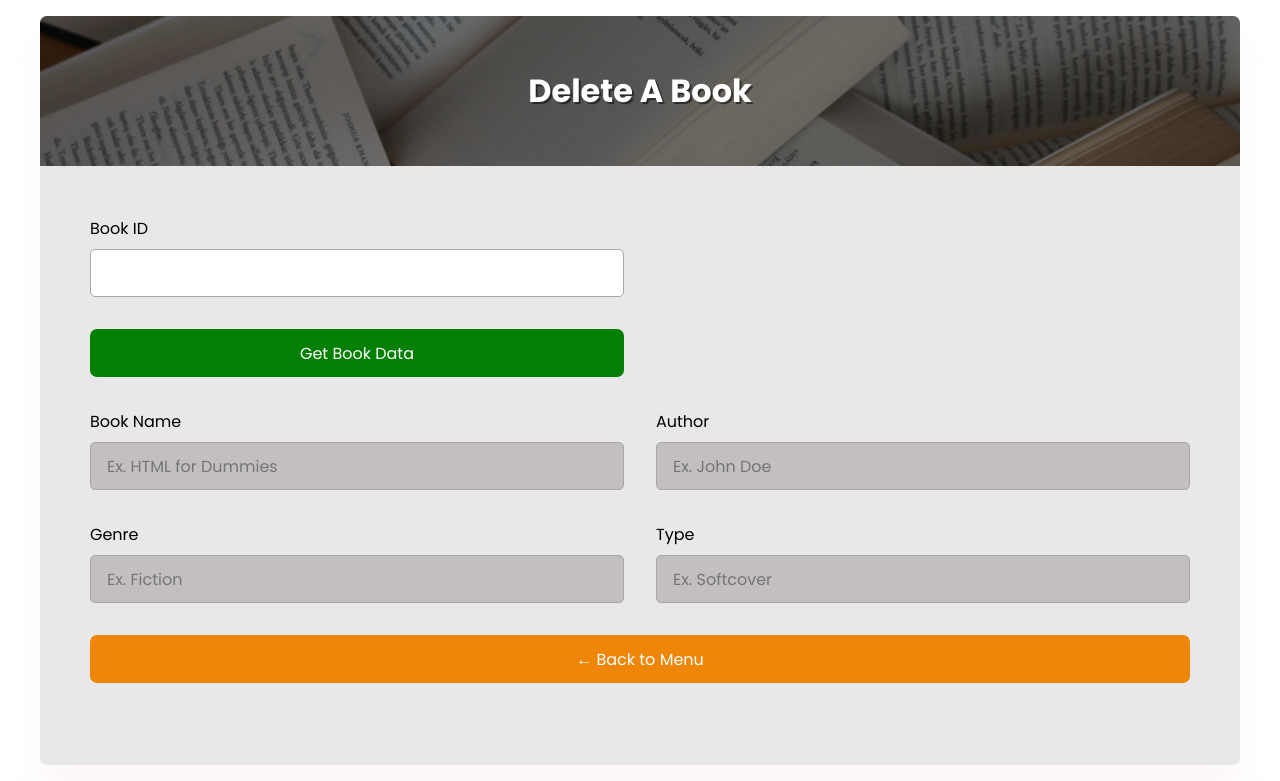
Repository: kcvijay/node_advanced_books
Page: booksSPA/public/pages/deleteBook.html
An editor plug-in stored every save of this project. The page is shown before and after the next save, followed by the edit.
The browser window is 1280 px wide. The pictures show the whole page.

Above is the page before, as saved 2023-03-08 18:38:53.

### booksSPA/public/pages/deleteBook.html
<!DOCTYPE html>
<html lang="en">
  <head>
    <meta charset="UTF-8" />
    <meta http-equiv="X-UA-Compatible" content="IE=edge" />
    <meta name="viewport" content="width=device-width, initial-scale=1.0" />
    <title>Delete A Book</title>
    <link rel="stylesheet" href="../styles/styles.css" />
  </head>
  <body>
    <div class="main-wrapper">
      <div class="heading">
        <h1>Delete A Book</h1>
      </div>
      <div class="data-field">
        <form>
          <div>
            <label for="id">Book ID</label>
            <input type="text" id="id" name="id" />
          </div>
          <div></div>
          <button type="submit" id="getData" class="primary-btn">
            Get Book Data
          </button>
        </form>
        <form style="margin-top: 32px">
          <div>
            <label for="name">Book Name</label>
            <input
              type="text"
              id="name"
              name="name"
              placeholder="Ex. HTML for Dummies"
              autocomplete="off"
              disabled
            />
          </div>
          <div>
            <label for="author">Author</label>
            <input
              type="text"
              id="author"
              name="author"
              placeholder="Ex. John Doe"
              autocomplete="off"
              disabled
            />
          </div>
          <div>
            <label for="genre">Genre</label>
            <input
              type="text"
              id="genre"
              name="genre"
              placeholder="Ex. Fiction"
              autocomplete="off"
              disabled
            />
          </div>
          <div>
            <label for="type">Type</label>
            <input
              type="text"
              id="type"
              name="type"
              placeholder="Ex. Softcover"
              autocomplete="off"
              disabled
            />
          </div>
        </form>
        <div id="messagearea"></div>
        <div>
          <a href="/" class="secondary-btn">&larr;&nbsp;Back to Menu</a>
        </div>
      </div>
    </div>
    <script src="/js/deleteBookHandler.js"></script>
  </body>
</html>

### booksSPA/public/styles/styles.css
@import url("https://fonts.googleapis.com/css2?family=Poppins:wght@400;700&display=swap");

* {
  margin: 0;
  padding: 0;
  box-sizing: border-box;
}

body {
  max-width: 100vw;
  min-height: 100vh;
  font-family: "Poppins", sans-serif;
}

.main-wrapper {
  max-width: 1200px;
  background: #e8e8e8;
  margin: 16px auto;
  border-radius: 7px;
  box-shadow: 0 30px 30px rgba(241, 182, 182, 0.1);
  overflow: hidden;
  transition: all 0.3s ease;
}

.heading {
  background: linear-gradient(rgba(0, 0, 0, 0.4), rgba(0, 0, 0, 0.4)),
    url("../assets/books.jpeg");
  background-position: center;
  background-size: cover;
  background-repeat: no-repeat;
  height: 150px;
  display: flex;
  justify-content: center;
  align-items: center;
}

h1 {
  position: relative;
  color: #fff;
  text-shadow: 2px 2px rgba(0, 0, 0, 0.5);
}

.data-field {
  padding: 50px;
}

input,
textarea,
button {
  font-family: inherit;
  font-size: 16px;
}

input:disabled {
  background-color: #c3bfbf;
  cursor: no-drop;
}
input:disabled:focus {
  outline: none;
}

form {
  display: grid;
  grid-template-columns: 1fr 1fr;
  gap: 32px;
  justify-items: start;
  transition: all 0.3s ease-in-out;
}

form div {
  width: 100%;
}

form label {
  display: inline-block;
  width: 100px;
  margin-bottom: 8px;
}

form input {
  height: 48px;
  width: 100%;
  padding: 0 16px;
  border: 1px solid #a7a7a7;
  border-radius: 5px;
  transition: all 0.3s ease;
}

form input:focus {
  outline: 3px solid #ee870978;
  border: none;
}

.button-set {
  display: grid;
  grid-template-columns: 1fr 1fr;
  gap: 32px;
}

.button-set div .primary-btn {
  display: block;
  width: 100%;
  text-decoration: none;
  display: flex;
  justify-content: center;
  align-items: center;
}

button:hover,
button:active {
  filter: brightness(0.9);
}

.button-set {
  margin-top: 32px;
}

.primary-btn {
  display: flex;
  justify-content: center;
  align-items: center;
  width: 100%;
  height: 48px;
  background-color: #038003;
  text-decoration: none;
  padding: 8px 60px;
  color: #fff;
  border: none;
  border-radius: 7px;
  cursor: pointer;
  transition: all 0.3s ease;
}

.secondary-btn {
  display: flex;
  justify-content: center;
  align-items: center;
  height: 48px;
  margin: 32px 0;
  background-color: #ee8709;
  text-decoration: none;
  padding: 8px 60px;
  color: #fff;
  border: none;
  border-radius: 7px;
  cursor: pointer;
  transition: all 0.3s ease;
}

#messagearea {
  position: absolute;
  left: 0;
  top: 0;
  width: 100vw;
  height: 100vh;
  background-color: rgba(0, 0, 0, 0.7);
  display: none;
  justify-content: center;
  align-items: center;
  z-index: 999;
}

#messagearea p {
  background-color: #fff;
  padding: 32px;
}

/**** TABLE ****/

.table-field {
  overflow-x: auto;
}

table {
  margin: 0 auto;
  max-width: fit-content;
}
thead {
  background: #038003;
  color: #fff;
}
th,
td {
  width: 250px;
  height: 48px;
  padding: 16px;
}

tr:nth-child(odd) {
  background: #ee870945;
}

tr:nth-child(even) {
  background: #ee87095e;
}

tr:last-child td:first-child {
  border-radius: 0 0 0 7px;
}

tr:last-child td:last-child {
  border-radius: 0 0 7px 0;
}

th:not(:first-child) {
  text-align: left;
}

th:first-child {
  border-radius: 7px 0 0 0;
}

th:last-child {
  text-align: center;
  border-radius: 0 7px 0 0;
}

td {
  padding-left: 16px;
}

td:first-child,
td:last-child {
  text-align: center;
}

@media screen and (max-width: 700px) {
  .main-wrapper {
    margin: 0 16px;
  }
  form {
    grid-template-columns: 1fr;
  }

  .data-field {
    padding: 18px;
  }

  .table-field {
    overflow-x: auto;
  }

  table {
    font-size: 14px;
  }

  .button-set {
    grid-template-columns: 1fr;
  }

  .button-set div a {
    display: block;
    width: 100%;
  }
}

### booksSPA/public/js/deleteBookHandler.js
"use strict";

(function () {
  let inputField;
  let titleField;
  let authorField;
  let genreField;
  let typeField;
  let getDataField;
  let messageField;
  let submit;

  document.addEventListener("DOMContentLoaded", init);

  function init() {
    inputField = document.querySelector("#id");
    titleField = document.querySelector("#name");
    authorField = document.querySelector("#author");
    genreField = document.querySelector("#genre");
    typeField = document.querySelector("#type");
    getDataField = document.querySelector("#getData");
    messageField = document.querySelector("#messagearea");
    submit = document.querySelector("#submit");

    getDataField.addEventListener("submit", (e) => {
      e.preventDefault();
      confirmBookData();
    });

    inputField.addEventListener("keyup", (e) => {
      e.preventDefault();
      if (e.key === "Enter") {
        confirmBookData();
      }
    });

    async function confirmBookData() {
      const id = inputField.value;

      try {
        const options = {
          method: "GET",
          mode: "cors",
        };

        const data = await fetch(
          `http://localhost:4000/api/books/${id}`,
          options
        );

        const result = data.json();
        showBookData(result);

        // if (result) {
        //   if (result.message) {
        //     updateMessage(result.message, result.type);
        //   } else {
        //     showBookData(result);
        //   }
        // }
      } catch (err) {
        updateMessage(err.message, "error");
      }
    }

    // async function send() {
    //   const id = inputField.value;

    //   try {
    //     const options = {
    //       method: "DELETE",
    //       mode: "cors",
    //     };

    //     const data = await fetch(
    //       `http://localhost:4000/api/books/${id}`,
    //       options
    //     );

    //     const result = await data.json();
    //     showBookData(result);

    //     console.log(result);

    //     //   if (result) {
    //     //     if (result.message) {
    //     //       updateMessage(result.message, result.type);
    //     //     } else {
    //     //       showBookData(result);
    //     //     }
    //     //   }
    //   } catch (err) {
    //     updateMessage(err.message, "error");
    //   }
    // }

    function showBookData(book) {
      titleField.value = book.name;
      authorField.value = book.author;
      genreField.value = book.genre;
      typeField.value = book.type;
    }

    function updateMessage(message, type) {
      messageField.style.display = "flex";
      messageField.innerHTML = `<p class="error>${message}</p>`;
      messageField.setAttribute("class", type);
    }
  }
})();

After the next save:
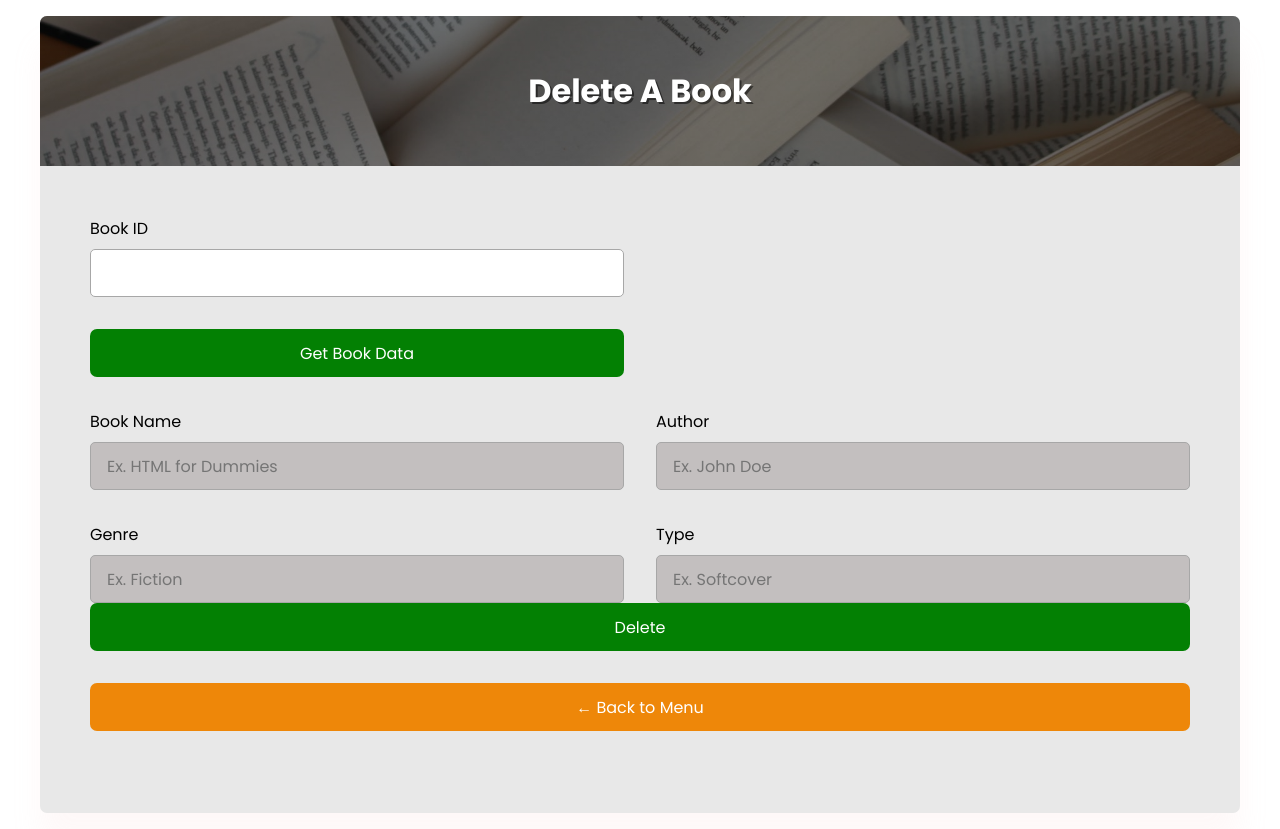
Saved 70 s later.
--- a/booksSPA/public/pages/deleteBook.html
+++ b/booksSPA/public/pages/deleteBook.html
@@ -71,6 +71,9 @@
         </form>
         <div id="messagearea"></div>
         <div>
+          <button class="primary-btn" type="submit" id="submit">Delete</button>
+        </div>
+        <div>
           <a href="/" class="secondary-btn">&larr;&nbsp;Back to Menu</a>
         </div>
       </div>
